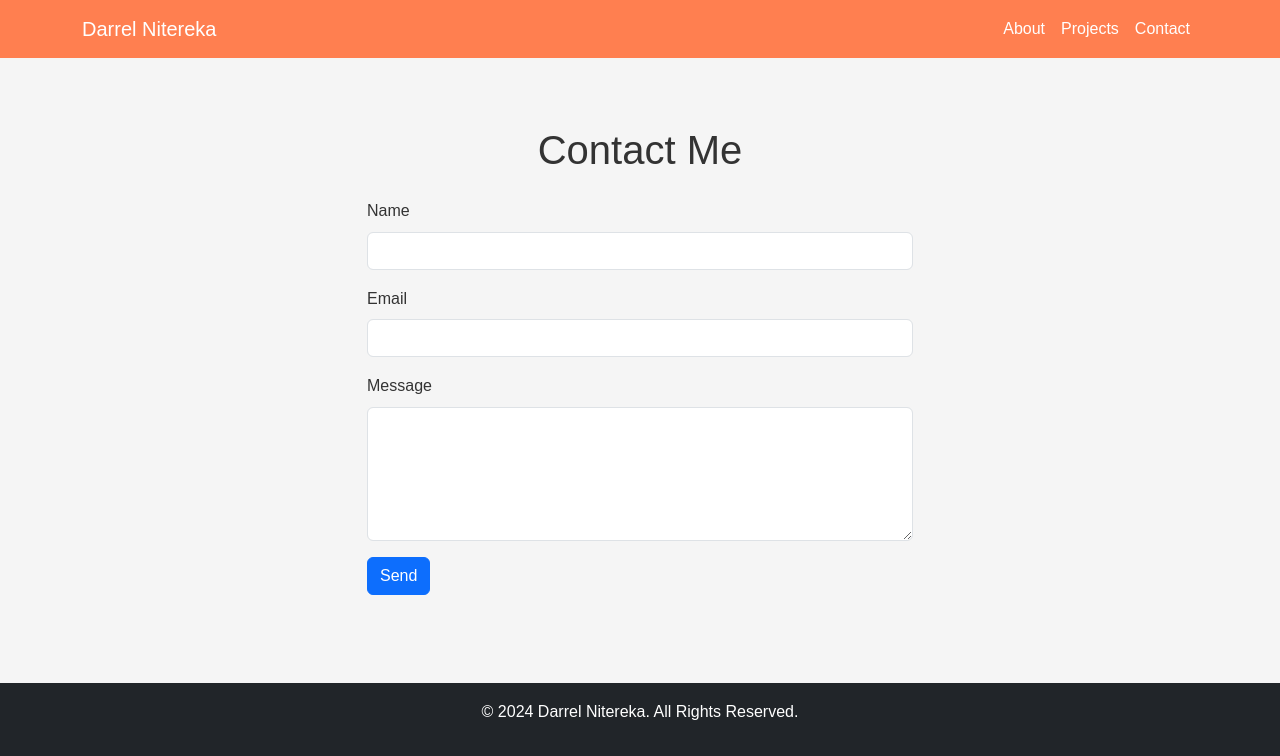
Repository: DarrelN15/DarrelN15.github.io
Page: contact.html
An editor plug-in stored every save of this project. The page is shown before and after the next save, followed by the edit.
The browser window is 1280 px wide. The pictures show the whole page.

Above is the page before, as saved 2025-01-28 17:26:00.

After the next save:
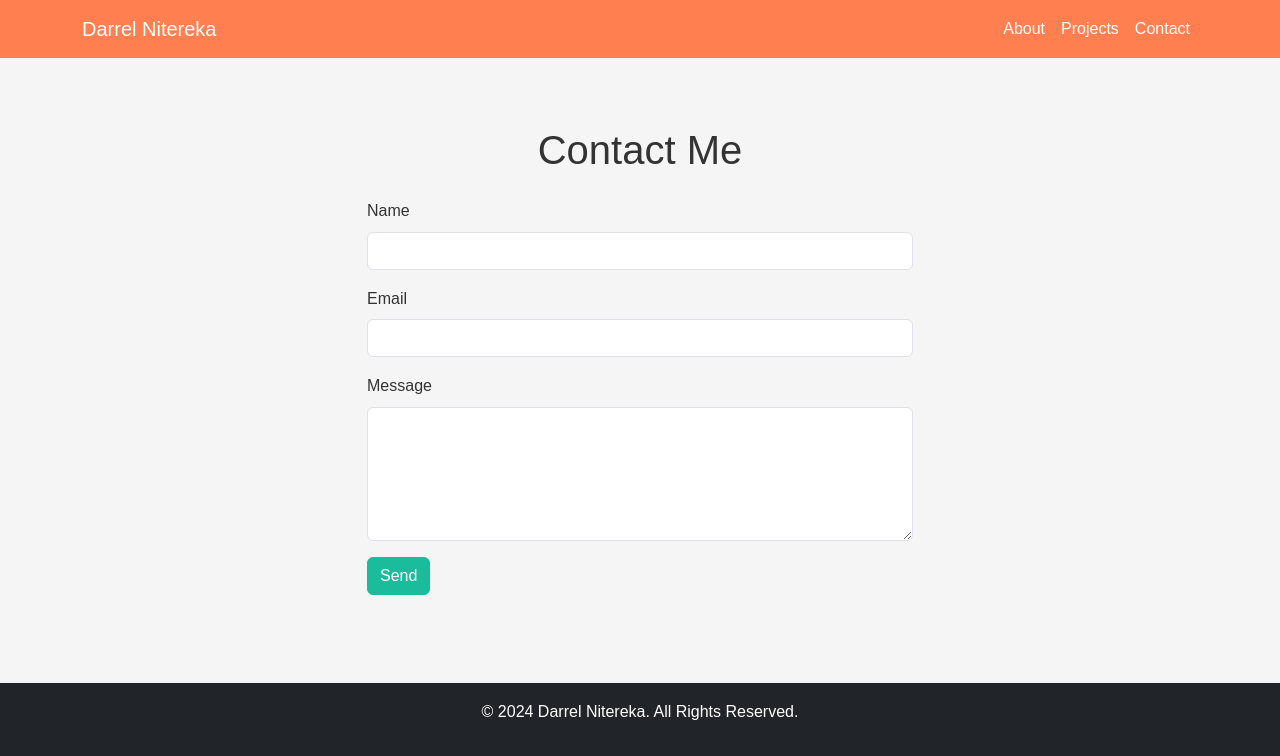
Saved 17 s later.
--- a/css/styles.css
+++ b/css/styles.css
@@ -25,7 +25,11 @@ header {
   padding: 60px 0;
 }
 
-
+.btn-primary {
+  background-color: #1ABC9C !important; /* Teal */
+  border-color: #1ABC9C !important;
+  color: #FFFFFF !; /* White text */
+}
 
 .btn-primary:hover {
   background-color: #16A085; /* Slightly darker teal */
